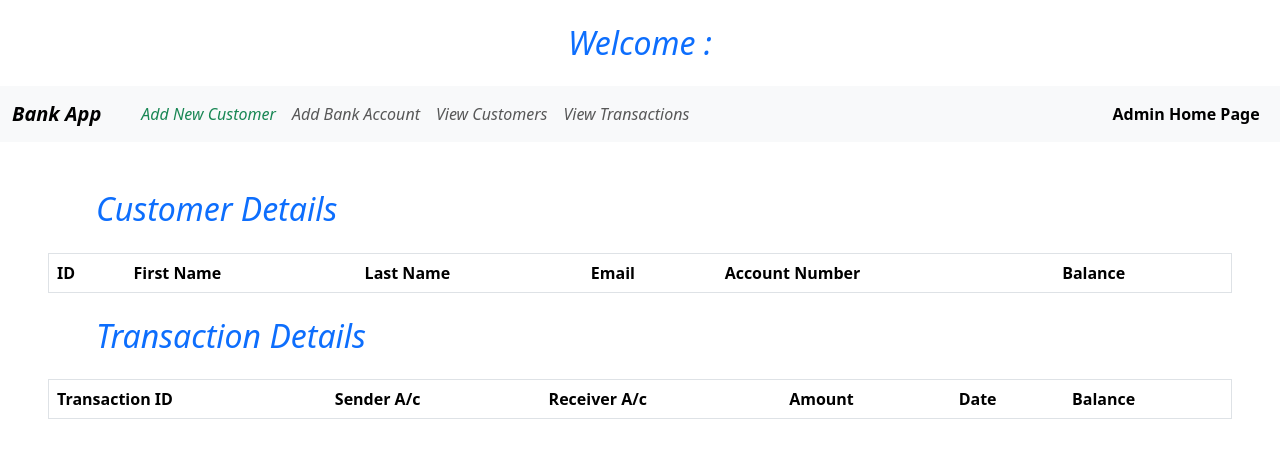
Repository: Niket-mishra/Dummy
Page: http://localhost/demo/user-list.jsp
These files come from the project's save history. The page is drawn as it stood at one moment and after the next save; the edit follows.
The browser window is 1280 px wide. The pictures show the whole page.
After loading, the first visible `a[onclick="showDiv2()"]` was clicked once.
The page is served by Tomcat 10. The template is opened directly, without the code that normally fills it, so the values that code supplies are empty.

Above is the page before, as saved 2024-05-12 09:56:49.

After the next save:
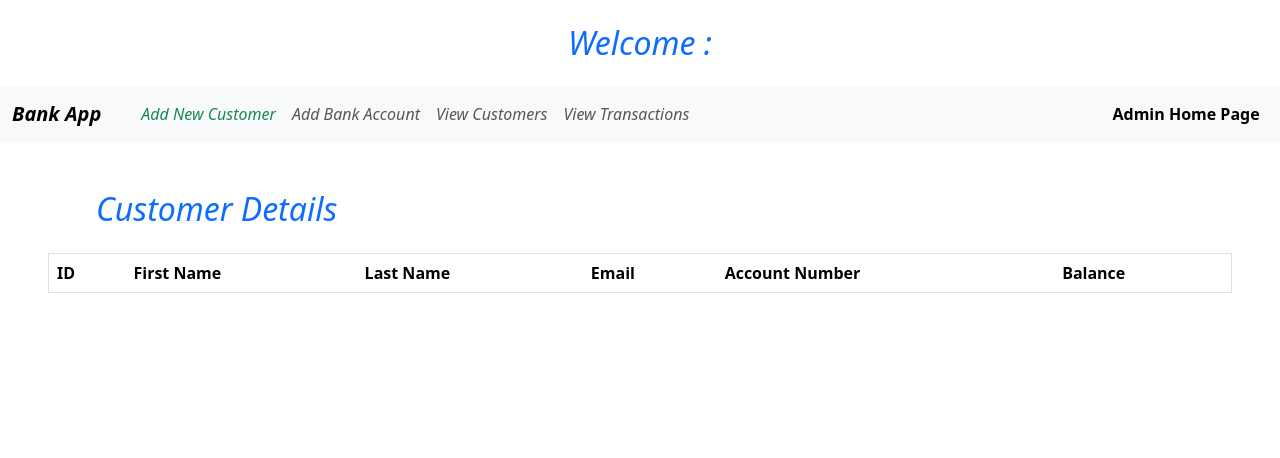
Console error: ReferenceError: divElement3 is not defined
Saved 46 s later.
--- a/demo/src/main/webapp/user-list.jsp
+++ b/demo/src/main/webapp/user-list.jsp
@@ -144,9 +144,17 @@
            <script>
            function showDiv2() {
 
-               var divElement3 = document.getElementById("myDiv3");
+               var divElement2 = document.getElementById("myDiv2");
 
                if(divElement3.style.display="none"){
+            	   divElement2.style.display="inline"
+               }
+           }
+			 function showDiv3() {
+
+               var divElement3 = document.getElementById("myDiv2");
+
+               if(divElement2.style.display="none"){
             	   divElement3.style.display="inline"
                }
            }
